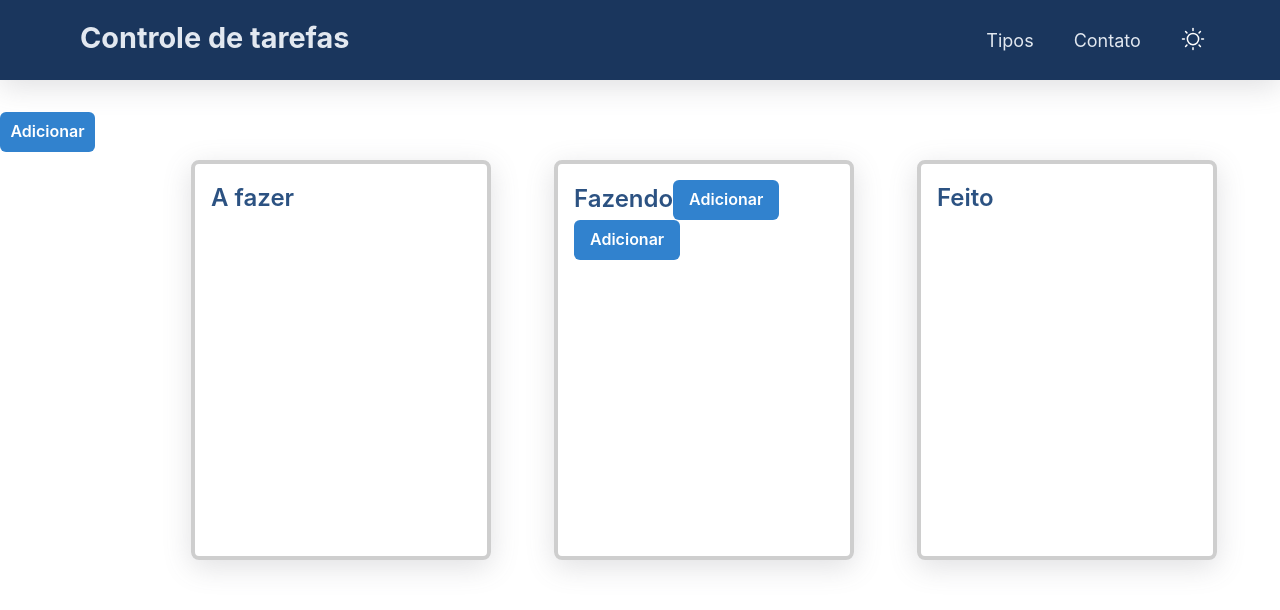
Repository: leosulzbach/Hackaton-Relampago
Page: /home (app in Front/)
The author's editor kept a copy of each file at every save. The page is drawn from the files as they stood at one save, then again after the next save.
The browser window is 1280 px wide. The pictures show the whole page.
The page's requests for data from a server got no answer. The project was rebuilt for these pictures with package versions that can differ from the ones it lists, and the page was loaded fresh each time. No one was signed in, and anything a server would have sent is missing. Also part of the build but not shown: Front/vite.config.ts.

Above is the page before, as saved 2022-11-07 16:19:29.

### Front/src/App.tsx
import { ChakraProvider, theme } from "@chakra-ui/react"
import { BrowserRouter } from "react-router-dom"
import { Router } from "./Routes/Router"



function App() {
  return(
    <ChakraProvider theme={theme}>
    <BrowserRouter>
      <Router />
    </BrowserRouter>
  </ChakraProvider>
  )
}

export default App

### Front/src/Routes/Router.tsx
import { Routes, Route } from "react-router-dom";
import { Home } from "../Pages/home";


export function Router() {
  return (
    <Routes>
      <Route path="/home" element={<Home />} />
     </Routes>
  );
}

### Front/src/Pages/home.tsx
import { Box, Button, Flex, Grid, Text } from '@chakra-ui/react'
import axios from 'axios';
import { CalendarPlus } from 'phosphor-react';
import { useEffect, useState } from 'react';
import { Header } from '../Components/Header'


export interface Cadastro {
    id: number;
    descricao: string;
    situacao: string;
    data_vencimento: string;
    prioridade: string;
    email: string

}

export const Home = () => {

        const [CadastroList, setCadastroList] = useState<Cadastro[]>([]);
        const [CadastroFilter, setCadastroFilter] = useState<Cadastro[]>(CadastroList);


        useEffect(() => {
            axios.get<Cadastro[]>("http://localhost:3000/tarefas").then((response) => {
                setCadastroList(response.data);
            });
        }, []);


        const [tarefa, settarefa] = useState<any>();




        useEffect(() => {


            setCadastroFilter(

                CadastroList);
        }, [CadastroList])


    return (
        <Flex>
            <Header />
         <Button
          colorScheme='blue'
          mt={"7rem"}
          >Adicionar</Button>

            <Grid
                templateColumns='repeat(3, 1fr)'
                ml={"6rem"}
                mt={"10rem"}
                alignItems={"center"}
                width='100%'
                height="100%"
            >
                <Box
                    border={"4px solid #cecece"}
                    boxShadow={"rgba(100, 100, 111, 0.2) 0px 7px 29px 0px"}
                    borderRadius={8}
                    w={"300px"}
                    h={"400px"}
                >
                    <Text
                        p={"1rem"}
                        fontSize={"1.5rem"}
                        fontWeight={"semibold"}
                        color={"blue.700"}
                    >A fazer</Text>

                </Box>
                <Box
                    border={"4px solid #cecece"}
                    boxShadow={"rgba(100, 100, 111, 0.2) 0px 7px 29px 0px"}
                    borderRadius={8}
                    w={"300px"}
                    h={"400px"}>
                    <Text
                        p={"1rem"}
                        fontSize={"1.5rem"}
                        fontWeight={"semibold"}
                        color={"blue.700"}
                    >Fazendo
                     <Button colorScheme='blue'>Adicionar</Button>
                     <Button colorScheme='blue'>Adicionar</Button></Text>
                </Box>
                <Box
                    border={"4px solid #cecece"}
                    boxShadow={"rgba(100, 100, 111, 0.2) 0px 7px 29px 0px"}
                    borderRadius={8}
                    w={"300px"}
                    h={"400px"}>
                    <Text
                        p={"1rem"}
                        fontSize={"1.5rem"}
                        fontWeight={"semibold"}
                        color={"blue.700"}
                    >Feito</Text>
                </Box>

            </Grid>
        </Flex>
    )

}

### Front/src/Components/Header.tsx
import { Box, Flex, Input, Link, Text } from "@chakra-ui/react";
import { Sun } from "phosphor-react";



export const Header = () => {
    return (
        <Flex

            as="header"
            w="100%"
            h="20"
            justify="space-between"

            borderBottomWidth={1}
            borderColor="blue.900"
            bg="blue.900"
            position={"fixed"}
            boxShadow="rgba(100, 100, 111, 0.2) 0px 7px 29px 0px"
        >
            <Flex
                p="1rem"
                justify="flex-start"
                ml="4rem"
            >
                <Text
                    fontSize="1.8rem"
                    fontWeight="bold"
                    color="gray.200"
                >
                    Controle de tarefas
                </Text>
            </Flex>
            <Flex
                p="1.7rem"
                mr="3rem"
                justify="flex-end"
                gap={10}
            >

                <Link

                    href="/sobre"
                    color="gray.200"
                    fontSize={18}
                    _hover={{
                        borderBottom: '4px solid  blue', transition: 'all 0.3s ease-out', transform: 'translate(-11px, 0px)'
                    }}
                >
                    Tipos
                </Link>
                <Link
                    href="/contato"
                    color="gray.200"
                    fontSize={18}
                    _hover={{
                        borderBottom: '4px solid  blue', transition: 'all 0.3s ease-out', transform: 'translate(-11px, 0px)'
                    }}

                >
                    Contato
                </Link>
                <Sun size={24} color={"white"} />
            </Flex>



        </Flex>
    );
}

Loaded but not shown: Front/index.html (common file); Front/src/main.tsx (common file)

After the next save:
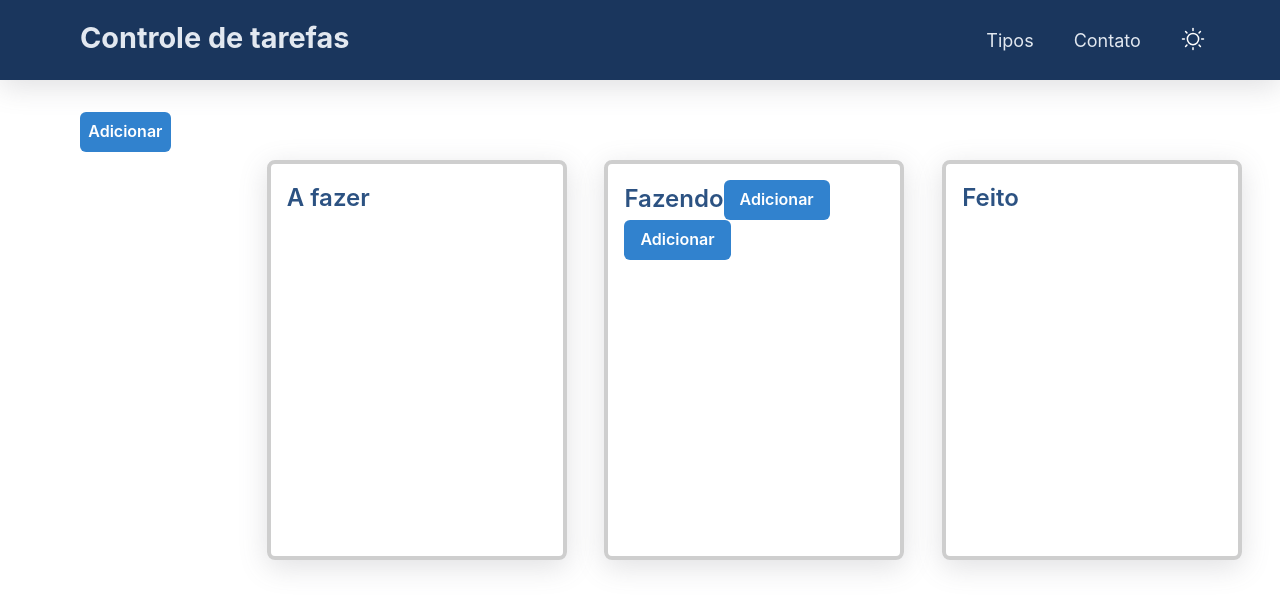
Saved 13 s later.
--- a/Front/src/Pages/home.tsx
+++ b/Front/src/Pages/home.tsx
@@ -48,6 +48,7 @@ export const Home = () => {
          <Button
           colorScheme='blue'
           mt={"7rem"}
+          ml={"5rem"}
           >Adicionar</Button>
 
             <Grid
